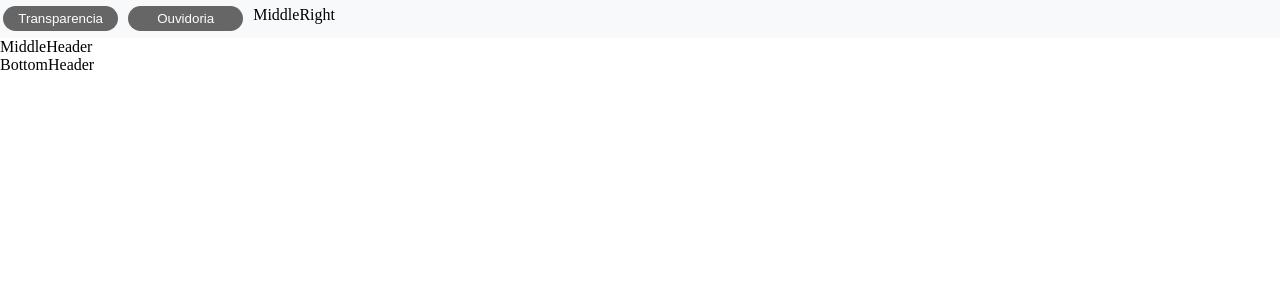
Repository: YuriSarmanho/prodepaSite
Page: / (app in prodepa-site/)
An editor plug-in stored every save of this project. The page is shown before and after a run of saves, followed by the edit.
The browser window is 1280 px wide. The pictures show the whole page.
The project was rebuilt for these pictures with package versions that can differ from the ones it lists, and the page was loaded fresh each time. Also part of the build but not shown: prodepa-site/src/App.css.

Above is the page before, as saved 2022-12-19 15:23:01.

### prodepa-site/public/index.html
<!DOCTYPE html>
<html lang="en">
  <head>
    <meta charset="utf-8" />
    <link rel="icon" href="%PUBLIC_URL%/favicon.ico" />
    <meta name="viewport" content="width=device-width, initial-scale=1" />
    <meta name="theme-color" content="#000000" />
    <meta
      name="description"
      content="Web site created using create-react-app"
    />
    <link rel="apple-touch-icon" href="%PUBLIC_URL%/logo192.png" />

    <link rel="manifest" href="%PUBLIC_URL%/manifest.json" />
    <title>React App</title>
  </head>
  <body>
    <div id="root"></div>
  </body>
</html>

### prodepa-site/src/App.js
import './App.css';
import Header from './sections/Header'

function App() {
  return (
    <>
      <Header/>
    </>
  );
}

export default App;

### prodepa-site/src/sections/Header/index.jsx
import React from 'react'
import TopHeader from './TopHeader'
import MiddleHeader from './MiddleHeader'
import BottomHeader from './BottomHeader'


function Header() {
  return (
    <>
        <TopHeader/>
        <MiddleHeader/>
        <BottomHeader/>
    </>
  )
}

export default Header

### prodepa-site/src/sections/Header/TopHeader/index.jsx
import React from 'react'
import TopHeaderButton from '../../../components/Buttons/TopHeaderButton'
import './index.css'

function TopHeader() {
  return (
    <div className='topHeaderContainer'>
      <div className="leftArea">
        <TopHeaderButton children = {'Transparencia'}/>
        <TopHeaderButton children = {'Ouvidoria'}/>
      </div>
      <div className="middleArea">Middle</div>
      <div className="rightArea">Right</div>

    </div>
  )
}

export default TopHeader

### prodepa-site/src/sections/Header/MiddleHeader/index.jsx
import React from 'react'

function MiddleHeader() {
  return (
    <div>MiddleHeader</div>
  )
}

export default MiddleHeader

### prodepa-site/src/sections/Header/BottomHeader/index.jsx
import React from 'react'

function BottomHeader() {
  return (
    <div>BottomHeader</div>
  )
}

export default BottomHeader

### prodepa-site/src/components/Buttons/TopHeaderButton/index.jsx
import React from 'react'
import './index.css'

function TopHeaderButton(props) {
  return (
    <button className='topHeaderButton'>{props.children}</button>
  )
}

export default TopHeaderButton

### prodepa-site/src/sections/Header/TopHeader/index.css
.topHeaderContainer {
    background-color: #F8F9FA ;
    padding: .4rem .2rem;
    display: flex;
    position: relative;
}

### prodepa-site/src/components/Buttons/TopHeaderButton/index.css
.topHeaderButton {
    padding: 5px 15px;
    margin-right: 10px;
    color: #fff;
    background-color: #666 ;
    border: none;
    border-radius: 1rem;
    width: 115px;
}

Loaded but not shown: prodepa-site/src/index.js (common file); prodepa-site/src/index.css (common file)

After the next 2 saves:
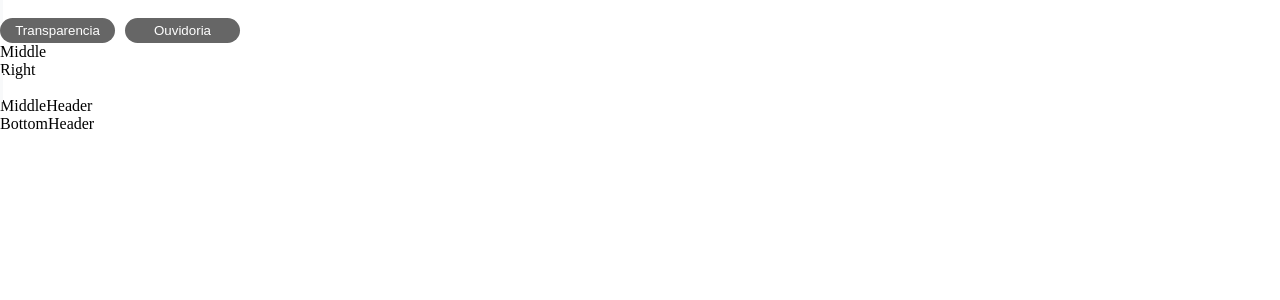
The 2 saves are shown as one change because they came seconds apart.
The last was saved 6 min 6 s later.
--- a/prodepa-site/src/sections/Header/TopHeader/index.css
+++ b/prodepa-site/src/sections/Header/TopHeader/index.css
@@ -1,6 +1,6 @@
 .topHeaderContainer {
     background-color: #F8F9FA ;
     padding: .4rem .2rem;
-    display: flex;
+    display: inline;
     position: relative;
 }

After the 3 saves that followed:
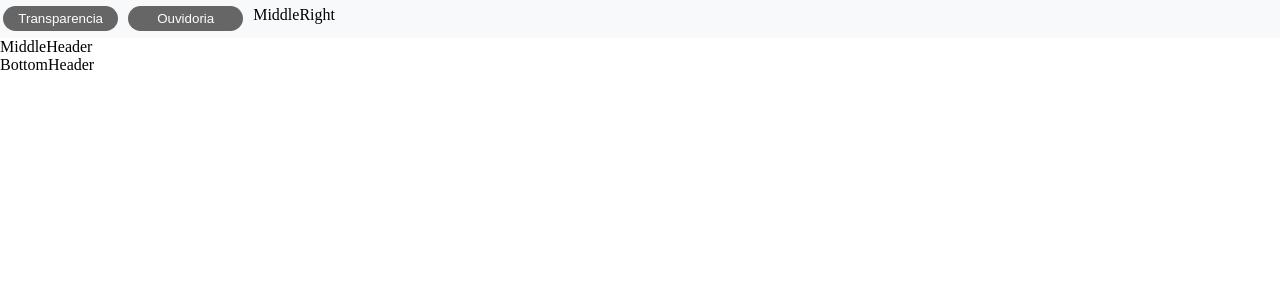
The 3 saves are shown as one change because they came seconds apart.
The last was saved 16 s later.
--- a/prodepa-site/src/sections/Header/TopHeader/index.css
+++ b/prodepa-site/src/sections/Header/TopHeader/index.css
@@ -1,6 +1,6 @@
 .topHeaderContainer {
     background-color: #F8F9FA ;
     padding: .4rem .2rem;
-    display: inline;
+    display: flex;
     position: relative;
 }
